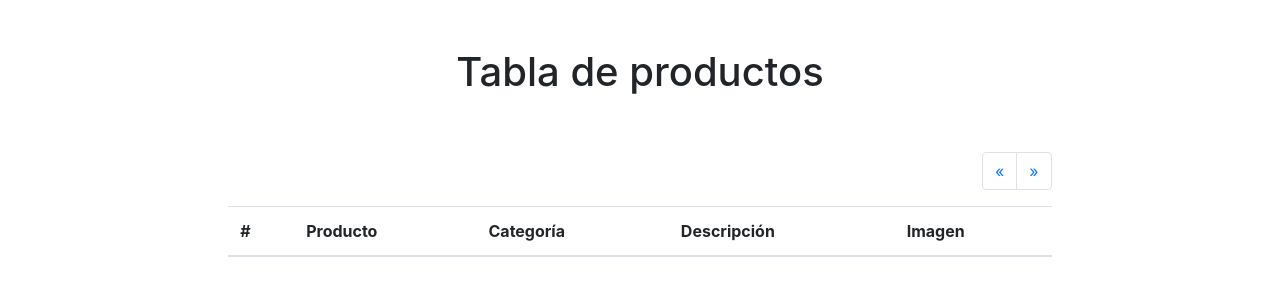
Repository: pedro-donoso/tabla-paginada
Page: index.html
The author's editor kept a copy of each file at every save. The page is drawn from the files as they stood at one save, then again after the next save.
The browser window is 1280 px wide. The pictures show the whole page.
The page's requests for data from a server got no answer.

Above is the page before, as saved 2024-02-08 01:39:32.
Console error: TypeError: info.slice is not a function

After the next save:
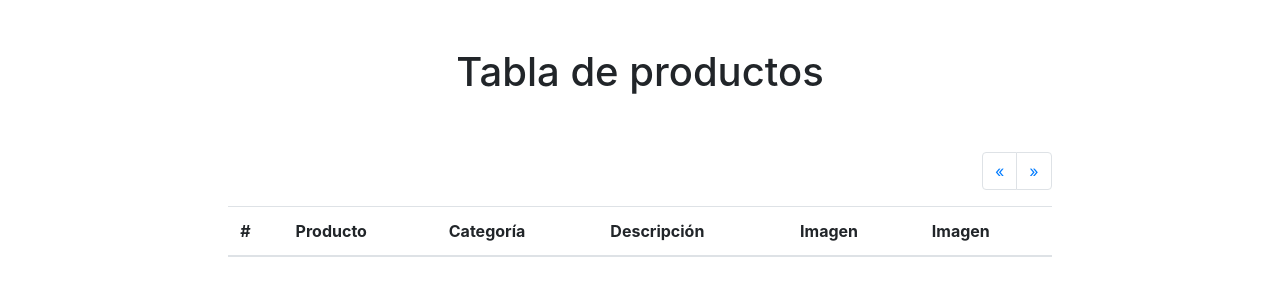
Saved 38 s later.
--- a/index.html
+++ b/index.html
@@ -48,6 +48,7 @@
                             <th scope="col">Categoría</th>
                             <th scope="col">Descripción</th>
                             <th scope="col">Imagen</th>
+                            <th scope="col">Imagen</th>
                         </tr>
                     </thead>
                     <tbody id="cuerpo-tabla">
